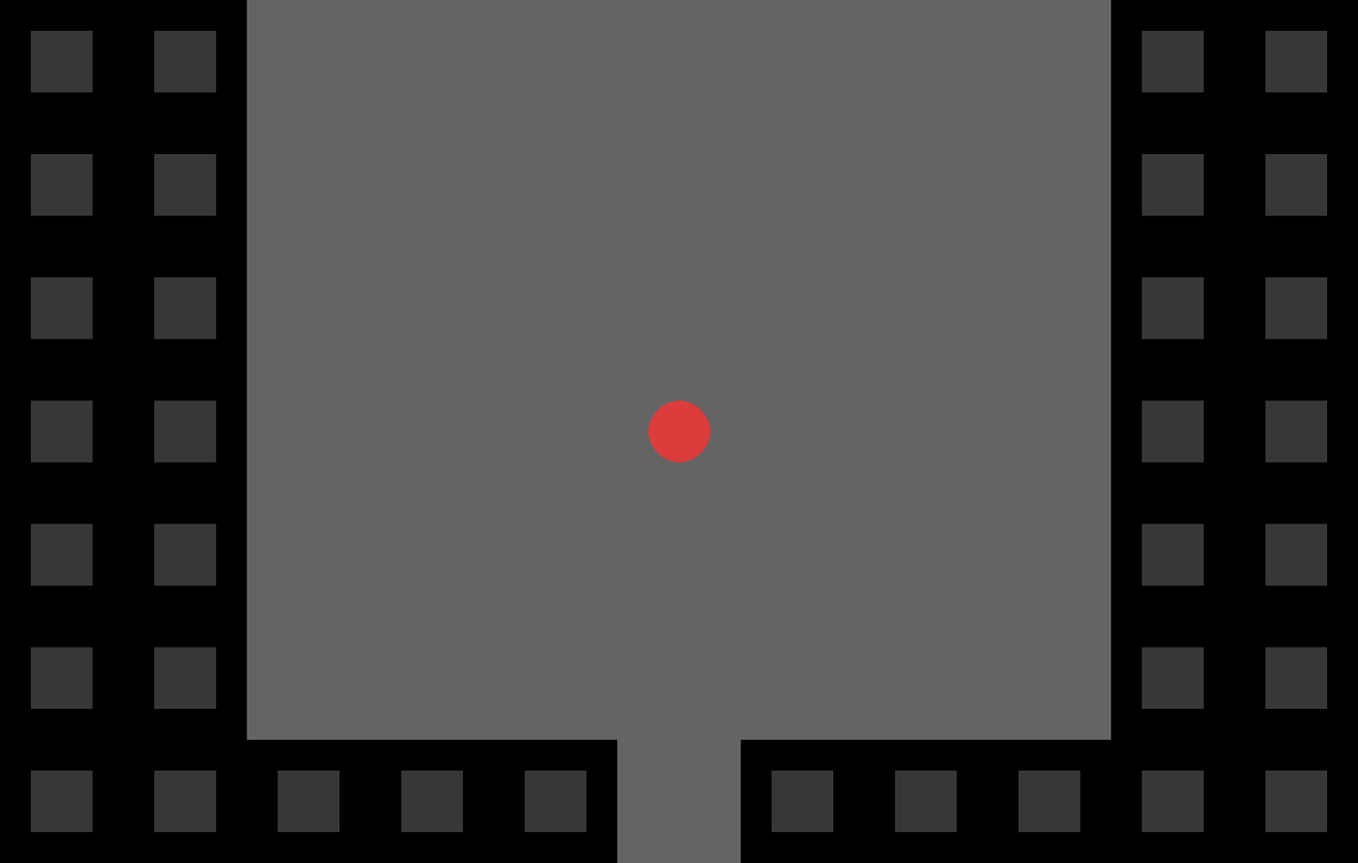
Repository: Nakib-Arman/Game-Jam-2026
Script's output: python main.py
The author's editor kept a copy of each file at every save. The script's output is drawn from the files as they stood at one save, then again after a run of saves.
The pictures are shown at 97% of full size.
Figures wider than 1,400 px are first shrunk to that width. The window is shown after at most 60 frames with no key pressed. Random numbers start from a fixed seed.

Above is the script's output before, as saved 2026-01-24 21:01:03.

### main.py
import pygame
from cave import generate_cave

# ======================
# CONFIGURATION
# ======================

WORLD_ROWS = 41
WORLD_COLS = 41

VIEW_ROWS = 7
VIEW_COLS = 11

BASE_CELL_SIZE = 128
WALL_SCALE = 0.5

MOVE_DELAY = 80
FPS = 60

BLACK = (0, 0, 0)
LIGHT_GRAY = (100, 100, 100)
DARK_GRAY = (55, 55, 55)
GREEN = (0, 200, 0)
RED = (220, 60, 60)

# ======================
# INITIALIZE
# ======================

pygame.init()
SCREEN_WIDTH = VIEW_COLS * BASE_CELL_SIZE
SCREEN_HEIGHT = VIEW_ROWS * BASE_CELL_SIZE

screen = pygame.display.set_mode((SCREEN_WIDTH, SCREEN_HEIGHT))
pygame.display.set_caption("Cave Explorer")
clock = pygame.time.Clock()

# ======================
# GAME STATE
# ======================

cave, (player_x, player_y) = generate_cave(WORLD_ROWS, WORLD_COLS)
player_radius = BASE_CELL_SIZE // 4
last_move_time = 0

# ======================
# HELPERS
# ======================

def can_move(x, y):
    return (
        0 <= x < WORLD_COLS and
        0 <= y < WORLD_ROWS and
        cave[y][x] != 1
    )

def get_camera_offset():
    cam_x = player_x - VIEW_COLS // 2
    cam_y = player_y - VIEW_ROWS // 2

    cam_x = max(0, min(cam_x, WORLD_COLS - VIEW_COLS))
    cam_y = max(0, min(cam_y, WORLD_ROWS - VIEW_ROWS))

    return cam_x, cam_y

# ======================
# RENDERING
# ======================

def draw_world():
    cam_x, cam_y = get_camera_offset()

    for row in range(VIEW_ROWS):
        for col in range(VIEW_COLS):
            world_x = cam_x + col
            world_y = cam_y + row

            screen_x = col * BASE_CELL_SIZE
            screen_y = row * BASE_CELL_SIZE

            if not (0 <= world_x < WORLD_COLS and 0 <= world_y < WORLD_ROWS):
                continue

            cell = cave[world_y][world_x]

            if cell == 1:
                size = int(BASE_CELL_SIZE * WALL_SCALE)
                offset = (BASE_CELL_SIZE - size) // 2
                rect = pygame.Rect(
                    screen_x + offset,
                    screen_y + offset,
                    size,
                    size
                )
                pygame.draw.rect(screen, DARK_GRAY, rect)

            else:
                rect = pygame.Rect(
                    screen_x,
                    screen_y,
                    BASE_CELL_SIZE,
                    BASE_CELL_SIZE
                )
                pygame.draw.rect(screen, LIGHT_GRAY, rect)

            if cell == 2:
                pygame.draw.circle(
                    screen,
                    GREEN,
                    (screen_x + BASE_CELL_SIZE // 2,
                     screen_y + BASE_CELL_SIZE // 2),
                    BASE_CELL_SIZE // 6
                )

    pygame.draw.circle(
        screen,
        RED,
        (SCREEN_WIDTH // 2, SCREEN_HEIGHT // 2),
        player_radius
    )

# ======================
# MAIN LOOP
# ======================

running = True
while running:
    clock.tick(FPS)
    current_time = pygame.time.get_ticks()

    for event in pygame.event.get():
        if event.type == pygame.QUIT:
            running = False

    if current_time - last_move_time >= MOVE_DELAY:
        keys = pygame.key.get_pressed()
        dx = dy = 0

        if keys[pygame.K_LEFT]:
            dx = -1
        elif keys[pygame.K_RIGHT]:
            dx = 1
        elif keys[pygame.K_UP]:
            dy = -1
        elif keys[pygame.K_DOWN]:
            dy = 1

        nx = player_x + dx
        ny = player_y + dy

        if can_move(nx, ny):
            player_x, player_y = nx, ny
            last_move_time = current_time

    screen.fill(BLACK)
    draw_world()
    pygame.display.flip()

pygame.quit()

### cave.py
import random
from collections import deque

WALL = 1
FLOOR = 0
EXIT = 2


def generate_cave(rows, cols,
                  room_attempts=40,
                  min_room_size=5,
                  max_room_size=10):

    cave = [[WALL for _ in range(cols)] for _ in range(rows)]
    rooms = []

    # ----------------------
    # Helpers
    # ----------------------
    def carve_room(x, y, w, h):
        for iy in range(y, y + h):
            for ix in range(x, x + w):
                cave[iy][ix] = FLOOR

    def intersects(r1, r2):
        x1, y1, w1, h1 = r1
        x2, y2, w2, h2 = r2
        return not (
            x1 + w1 < x2 or
            x2 + w2 < x1 or
            y1 + h1 < y2 or
            y2 + h2 < y1
        )

    def center(room):
        x, y, w, h = room
        return (x + w // 2, y + h // 2)

    # ----------------------
    # Generate rooms
    # ----------------------
    for _ in range(room_attempts):
        w = random.randint(min_room_size, max_room_size)
        h = random.randint(min_room_size, max_room_size)
        x = random.randint(1, cols - w - 2)
        y = random.randint(1, rows - h - 2)

        new_room = (x, y, w, h)

        if any(intersects(new_room, r) for r in rooms):
            continue

        carve_room(x, y, w, h)
        rooms.append(new_room)

    if not rooms:
        return cave, (1, 1)

    # ----------------------
    # Connect rooms
    # ----------------------
    for i in range(1, len(rooms)):
        x1, y1 = center(rooms[i - 1])
        x2, y2 = center(rooms[i])

        if random.choice([True, False]):
            for x in range(min(x1, x2), max(x1, x2) + 1):
                cave[y1][x] = FLOOR
            for y in range(min(y1, y2), max(y1, y2) + 1):
                cave[y][x2] = FLOOR
        else:
            for y in range(min(y1, y2), max(y1, y2) + 1):
                cave[y][x1] = FLOOR
            for x in range(min(x1, x2), max(x1, x2) + 1):
                cave[y2][x] = FLOOR

    # ----------------------
    # Spawn & exit
    # ----------------------
    spawn_x, spawn_y = center(rooms[0])
    exit_x, exit_y = find_farthest_cell(cave, spawn_x, spawn_y)
    cave[exit_y][exit_x] = EXIT

    return cave, (spawn_x, spawn_y)


def find_farthest_cell(cave, start_x, start_y):
    rows, cols = len(cave), len(cave[0])
    dist = [[-1] * cols for _ in range(rows)]
    queue = deque([(start_x, start_y)])
    dist[start_y][start_x] = 0

    farthest = (start_x, start_y)

    while queue:
        x, y = queue.popleft()
        for dx, dy in [(0, -1), (1, 0), (0, 1), (-1, 0)]:
            nx, ny = x + dx, y + dy
            if 0 <= nx < cols and 0 <= ny < rows:
                if cave[ny][nx] != WALL and dist[ny][nx] == -1:
                    dist[ny][nx] = dist[y][x] + 1
                    queue.append((nx, ny))
                    farthest = (nx, ny)

    return farthest

After the next 2 saves:
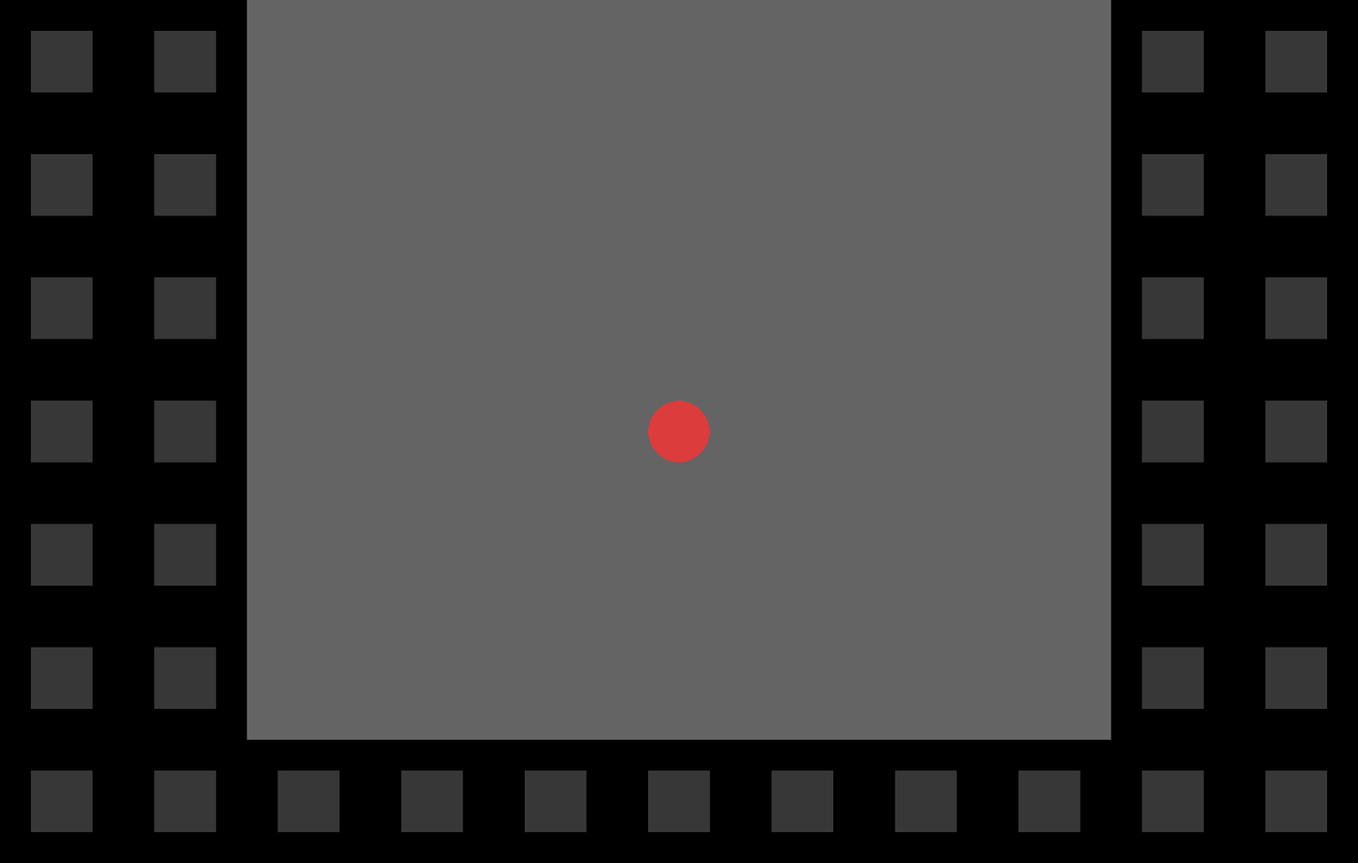
The 2 saves are shown as one change because they came seconds apart.
The last was saved 2 min 17 s later.
--- a/main.py
+++ b/main.py
@@ -5,7 +5,7 @@
 # CONFIGURATION
 # ======================
 
-WORLD_ROWS = 41
+WORLD_ROWS = 50
 WORLD_COLS = 41
 
 VIEW_ROWS = 7
